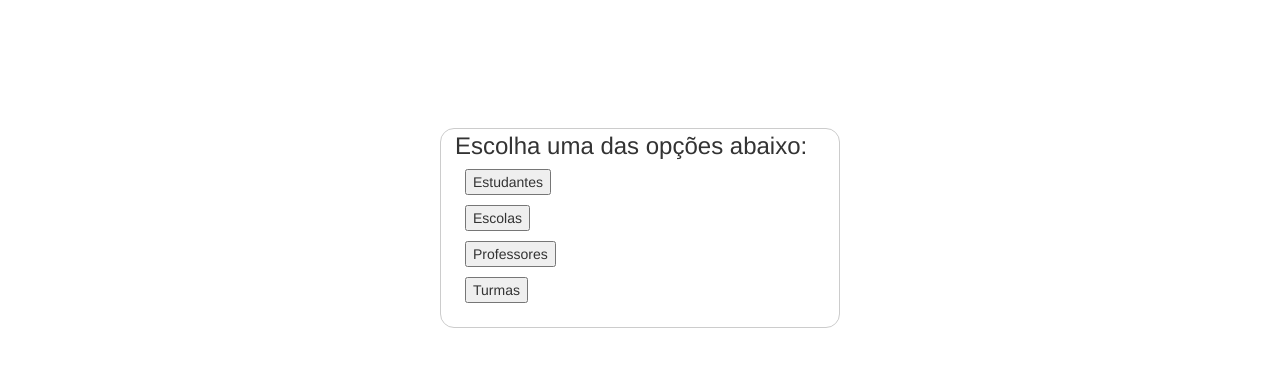
Repository: ipti/br.tag.webservice
Page: http://localhost/Restful-API-TAG/
An editor plug-in stored every save of this project. The page is shown before and after the next save, followed by the edit.
The browser window is 1280 px wide. The pictures show the whole page.
The page is served by Tomcat 9.

Above is the page before, as saved 2016-04-27 13:11:55.

After the next save:
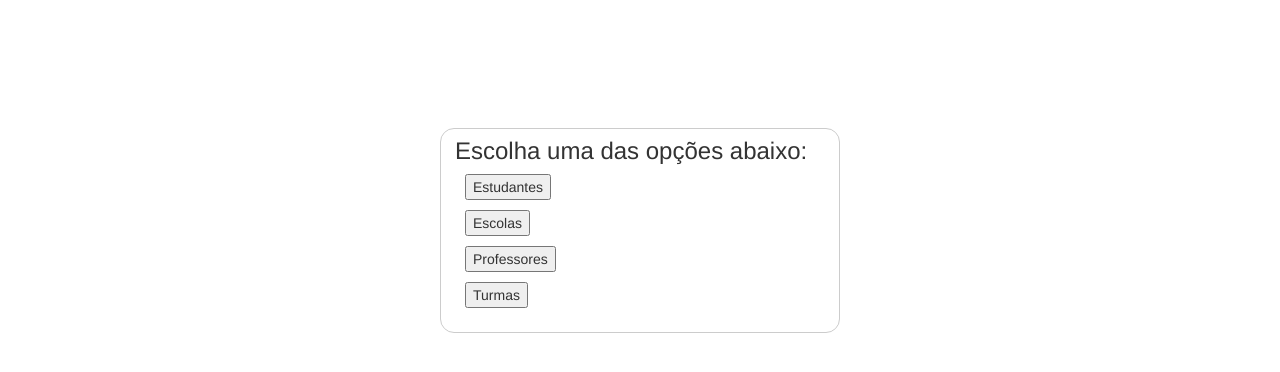
Saved 10 s later.
--- a/Restful-API-TAG/WebContent/css/styles.css
+++ b/Restful-API-TAG/WebContent/css/styles.css
@@ -11,7 +11,7 @@
 }
 
 #titleH3 {
-	margin-top: -10px;
+	margin-top: -5px;
 }
 
 #btnStudents, #btnSchools, #btnInstructors, #btnClassrooms {
